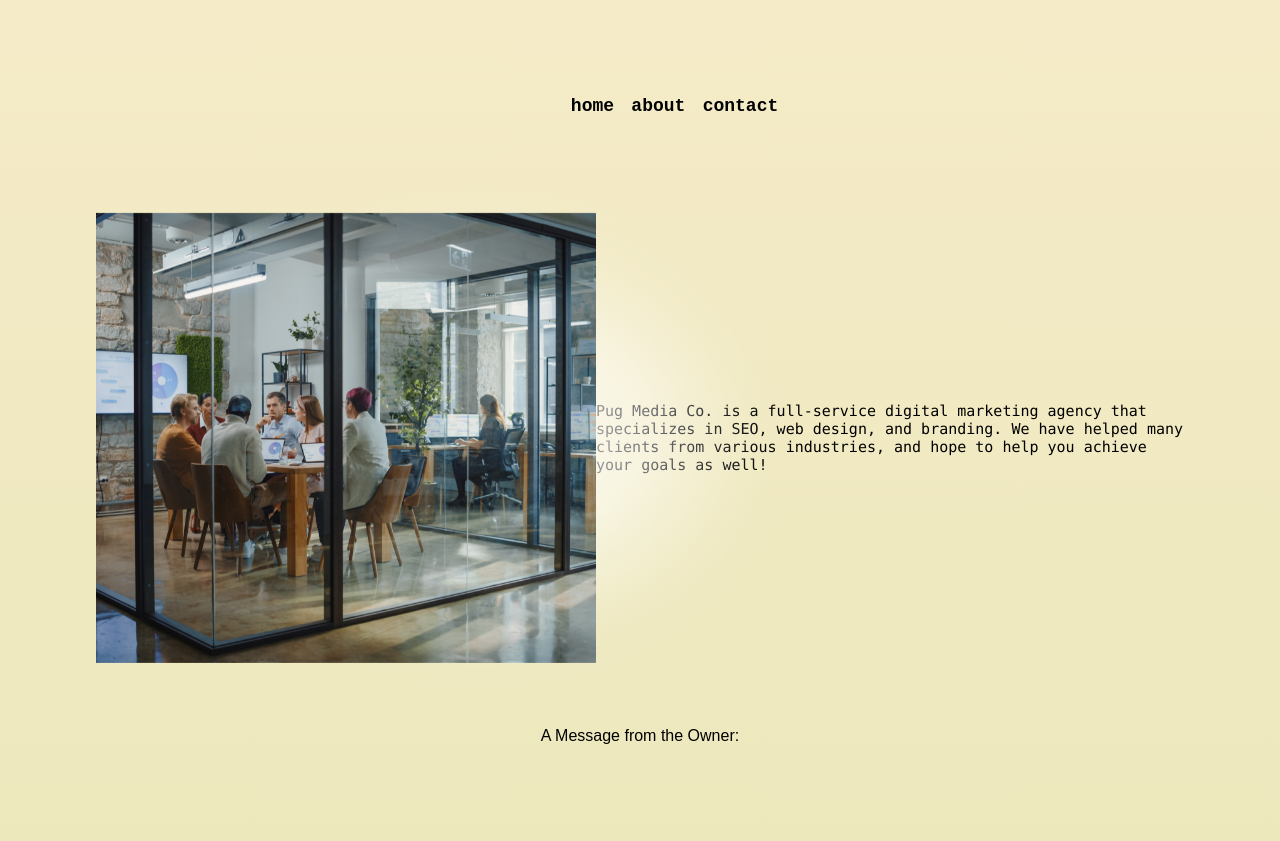
Repository: cheungglenda/MDIA2109-Week3
Page: /
The author's editor kept a copy of each file at every save. The page is drawn from the files as they stood at one save, then again after the next save.
The browser window is 1280 px wide. The pictures show the whole page.
The project was rebuilt for these pictures with package versions that can differ from the ones it lists, and the page was loaded fresh each time. The framework's server and built-in components were replaced by stand-ins that run in the browser. Also part of the build but not shown: next.config.js, components/Card/index.js.

Above is the page before, as saved 2023-01-20 18:56:37.

After the next save:
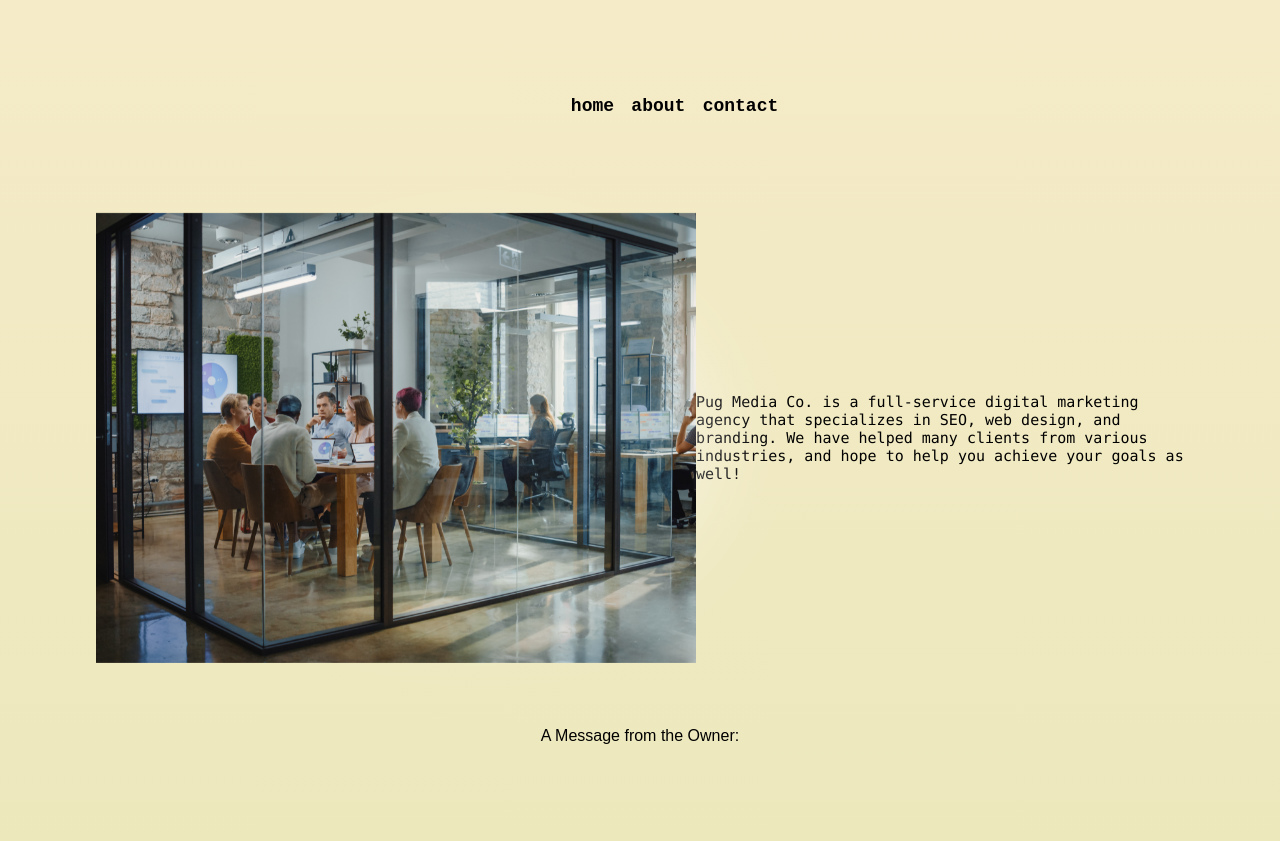
Saved 17 s later.
--- a/pages/index.js
+++ b/pages/index.js
@@ -34,7 +34,7 @@ export default function Home() {
           <Image
             className={styles.logo}
             src="/office.jpeg"
-            width={500}
+            width={600}
             height={450}
           />
           <div className={styles.description}>
